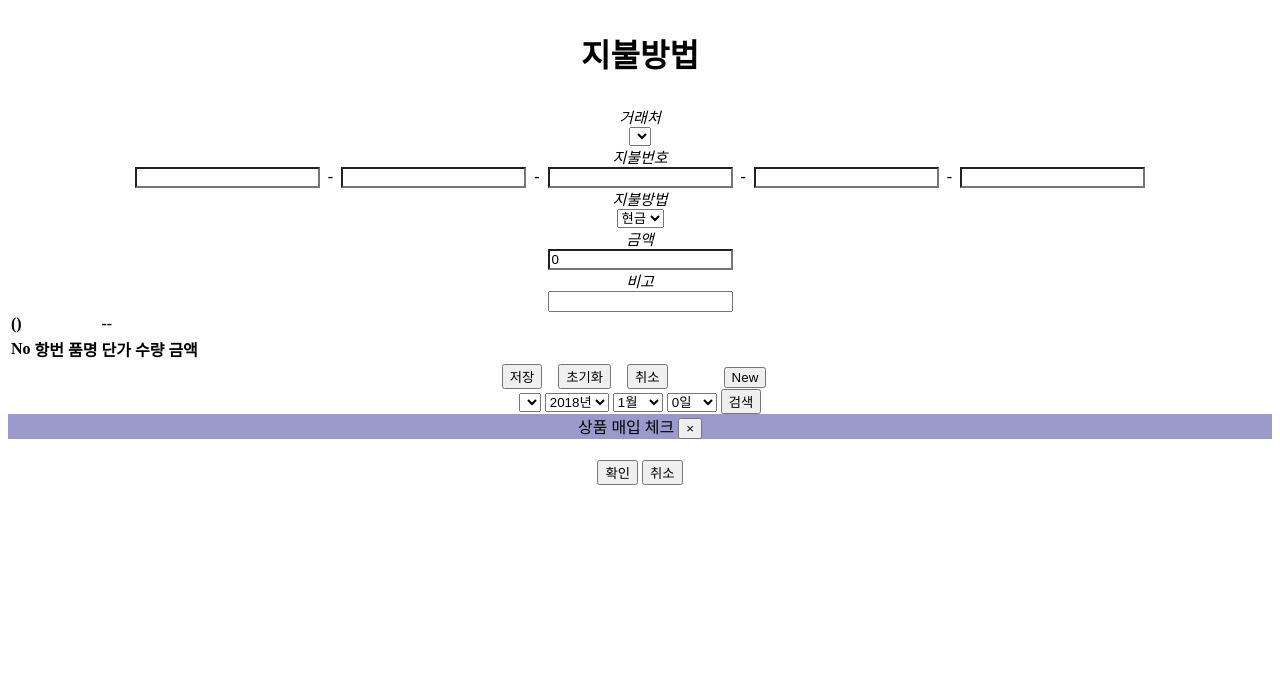
Repository: jaehyuny/springcontentall
Page: http://localhost/ncs4project/WEB-INF/views/distribution/pay_insert_form.jsp
An editor plug-in stored every save of this project. The page is shown before and after the next save, followed by the edit.
The browser window is 1280 px wide. The pictures show the whole page.
The page is served by Tomcat 9. Nobody is signed in. Other server files are loaded and not shown. The template is opened directly, without the code that normally fills it, so the values that code supplies are empty.

Above is the page before, as saved 2018-07-25 06:37:19.

### ncs4webproject/ncs4project/src/main/webapp/WEB-INF/views/distribution/pay_insert_form.jsp
<%@ page language="java" contentType="text/html; charset=UTF-8"
    pageEncoding="UTF-8"%>
    <%@ taglib uri="http://java.sun.com/jsp/jstl/core" prefix="c" %>
<!DOCTYPE html PUBLIC "-//W3C//DTD HTML 4.01 Transitional//EN" "http://www.w3.org/TR/html4/loose.dtd">
<html>
<head>
<meta http-equiv="Content-Type" content="text/html; charset=UTF-8">
<title>Insert title here</title>
</head>
<body>
	<form id="buy_form" name="buy_form" action="buyinsert" method="post">
		<input type="hidden" id="vendname" name="vendname">
		<input type="hidden" id="seq" name="seq" value="0">
		<input type="hidden" id="beforeqty" name="beforeqty" value="0">
		<input type="hidden" id="beforeprocode" name="beforeprocode" value="0">
		<input type="hidden" id="beforeprice" name="beforeprice" value="0">
		<div class="container" style="text-align: center">
			<div style="margin-top: 30px">
				<h1>지불방법</h1>
			</div>
			<div class="row" style="margin-top: 30px">
				<div class="input-group mb-3 col-md-6">
					<div class="input-group mb-3">
						<div class="input-group-prepend">
							<span class="input-group-text" style="width: 100px"><i
								class="fas fa-address-card" style="font-size: 15px"> 거래처</i></span>
						</div>
						<select id="selectvender" name="vendcode" class="form-control">
							<c:forEach var="vender" items="${venders}">
								<option value="${vender.code}"<c:if test="${vender.code == buy.vendcode}">selected</c:if>>${vender.name}</option>
							</c:forEach>
						</select>
					</div>
					<div class="input-group mb-3">
						<div class="input-group-prepend">
							<span class="input-group-text" style="width: 100px"><i
								class="fas fa-address-card" style="font-size: 15px"> 지불번호</i></span>
						</div>
						<input type="text" id="yyyy" name="yyyy" class="form-control" style="background-color: #fff" value="${buy.yyyy}" readonly>
						&nbsp-&nbsp
						<input type="text" id="mm" name="mm" class="form-control" style="background-color: #fff" value="${buy.mm}" readonly>
						&nbsp-&nbsp
						<input type="text" id="dd" name="dd" class="form-control" style="background-color: #fff" value="${buy.dd}" readonly>
						&nbsp-&nbsp
						<input type="text" id="no" name="no" class="form-control" style="background-color: #fff" value="${buy.no}" readonly>
						&nbsp-&nbsp
						<input type="text" id="hang" name="hang" class="form-control" style="background-color: #fff" value="${buy.hang}" readonly>
					</div>
					<div class="input-group mb-3">
						<div class="input-group-prepend">
							<span class="input-group-text" style="width: 100px"><i
								class="fas fa-address-card" style="font-size: 15px"> 지불방법</i></span>
						</div>
						<select id="payway" name="payway" class="form-control">
							<option value="현금">현금</option>
							<option value="어음">어음</option>
							<option value="카드">카드</option>
						</select>
					</div>
					<div class="input-group mb-3">
						<div class="input-group-prepend">
							<span class="input-group-text" style="width: 100px"><i
								class="fas fa-address-card" style="font-size: 15px"> 금액</i></span>
						</div>
						<input type="text" id="amount" name="amount" class="form-control" style="background-color: #fff" value="0"
							maxlength="9" readonly>
					</div>
					<div class="input-group mb-3">
						<div class="input-group-prepend">
							<span class="input-group-text" style="width: 100px"><i
								class="fas fa-address-card" style="font-size: 15px"> 비고</i></span>
						</div>
						<input type="text" id="memo" name="memo" class="form-control"
							maxlength="30">
					</div>
				</div>
				<div class="input-group mb-3 col-md-6" style="overflow:auto; ">
					<div class="input-group mb-3">
						<table class="table table-bordered">
							<thead class="thead-dark">
								<tr style="text-align: left">
									<c:choose>
										<c:when test="${y == null}">
											<th colspan="3">(${buy.vendname})</th>
											<th colspan="3">${buy.yyyy}-${buy.mm}-${buy.dd}</th>
										</c:when>
										<c:otherwise>
											<th colspan="3">${vn}</th>
											<th colspan="3">
											<c:choose>
												<c:when test="${d != 0}">${y}-${m}-${d}</c:when>
												<c:otherwise>${y}-${m}</c:otherwise>
											</c:choose>
											</th>
										</c:otherwise>
									</c:choose>
								</tr>
								<tr>
									<th>No</th>
									<th>항번</th>
									<th>품명</th>
									<th>단가</th>
									<th>수량</th>
									<th>금액</th>
								</tr>
							</thead>
							<c:forEach var="buy" items="${buys}" varStatus="status">
								<tbody>
									<tr>
									<c:choose>
										<c:when test="${buy.hang==0 && buy.no !=0}">
											<td> </td>
											<td> </td>
											<td>소계</td>
											<td> </td>
											<td>${buy.qty}</td>
											<td>${buy.total}</td>
										</c:when>
										<c:when test="${buy.hang==0 && buy.no ==0}">
											<td></td>
											<td></td>
											<td>총계</td>
											<td></td>
											<td>${buy.qty}</td>
											<td>${buy.total}</td>
										</c:when>
										<c:otherwise>
											<c:choose>
												<c:when test="${d != 0}">
													<td>${buy.no}</td>
												</c:when>
												<c:otherwise>
													<td>${buy.dd}-${buy.no}</td>
												</c:otherwise>
											</c:choose>
											<td>${buy.hang}</td>
											<td><a href="#" onclick="selectedSeq(${buy.seq})">${buy.proname}</a></td>
											<td>${buy.price}</td>
											<td>${buy.qty}</td>
											<td>${buy.total}</td>
										</c:otherwise>
									</c:choose>
									</tr>
								</tbody>
							</c:forEach>
						</table>
					</div>
				</div>
			</div>
			</form>
			<form id="buysearch_form" action="buysearch" method="get">
			<div class="row">
				<div class="input-group mb-3 col-md-6">
					<button type="button" id="buysave" class="btn btn-primary">저장</button>
					&nbsp&nbsp
					<button type="button" id="buyupdate" class="btn btn-success" style="display: none">update</button>
					<button type="reset" id="buyreset" class="btn btn-success">초기화</button>
					&nbsp&nbsp
					<a href="index"><button type="button" id="buycancel"
							class="btn btn-warning">취소</button></a>
					&nbsp&nbsp&nbsp&nbsp&nbsp&nbsp&nbsp&nbsp&nbsp&nbsp&nbsp&nbsp
					<a href="buyinsertform"><button type="button" id="buynew" class="btn btn-danger">New</button></a>
					&nbsp&nbsp
					<button type="button" id="buydelete" class="btn btn-default"  style="display: none">삭제</button>
				</div>
				<div class="input-group mb-3 col-md-6">
					<select id="searchvender" name="searchvender" class="form-control">
						<c:forEach var="vender" items="${venders}">
							<option value="${vender.code}"<c:if test="${vender.code == vn}">selected</c:if>>${vender.name}</option>
						</c:forEach>
					</select>
					<select id="searchyyyy" name="searchyyyy" class="form-control">
						<c:forEach begin="1" end="18" var="x" step="1">
							<c:choose>
								<c:when test="${x <= 9}">
									<option value="20${19-x}">20${19-x}년</option>
								</c:when>
								<c:otherwise>
									<option value="200${19-x}">200${19-x}년</option>
								</c:otherwise>
							</c:choose>
						</c:forEach>
					</select>
					<select id="searchmm" name="searchmm" class="form-control">
						<c:forEach var="i" begin="1" end="12" step="1">
							<option value="${i}"<c:if test="${i == m}">selected</c:if>>${i}월</option>
						</c:forEach>
					</select>
					<select id="searchdd" name="searchdd" class="form-control">
						<c:forEach var="i" begin="0" end="31" step="1">
							<option value="${i}"<c:if test="${i == d}">selected</c:if>>${i}일</option>
						</c:forEach>
					</select>
					<button type="button" id="buysearch" class="btn btn-primary">검색</button>
				</div>
			</div>
			<!-- Modal -->
			<div id="buymyModal" class="modal fade" role="dialog">
				<div class="modal-dialog">

					<!-- Modal content-->
					<div class="modal-content">
						<div class="modal-header" style="background-color: #9999cc">
							상품 매입 체크
							<button type="button" class="close" data-dismiss="modal">&times;</button>
							<h4 class="modal-title"></h4>
						</div>
						<div class="buy-modal-body">
							<p><span id="modalmsgvender"></span></p>
							<p><span id="modalmsgproduct"></span></p>
							<p><span id="modalmsg"></span></p>
						</div>
						<div class="modal-footer">
							<button type="button" class="btn btn-success buy_modal_btn1" data-dismiss="modal">확인</button>
							<button type="button" class="btn btn-success buy_modal_btn2" data-dismiss="modal">취소</button>
						</div>
					</div>
				</div>
			</div>
		</div>
	</form>
</body>
</html>

After the next save:
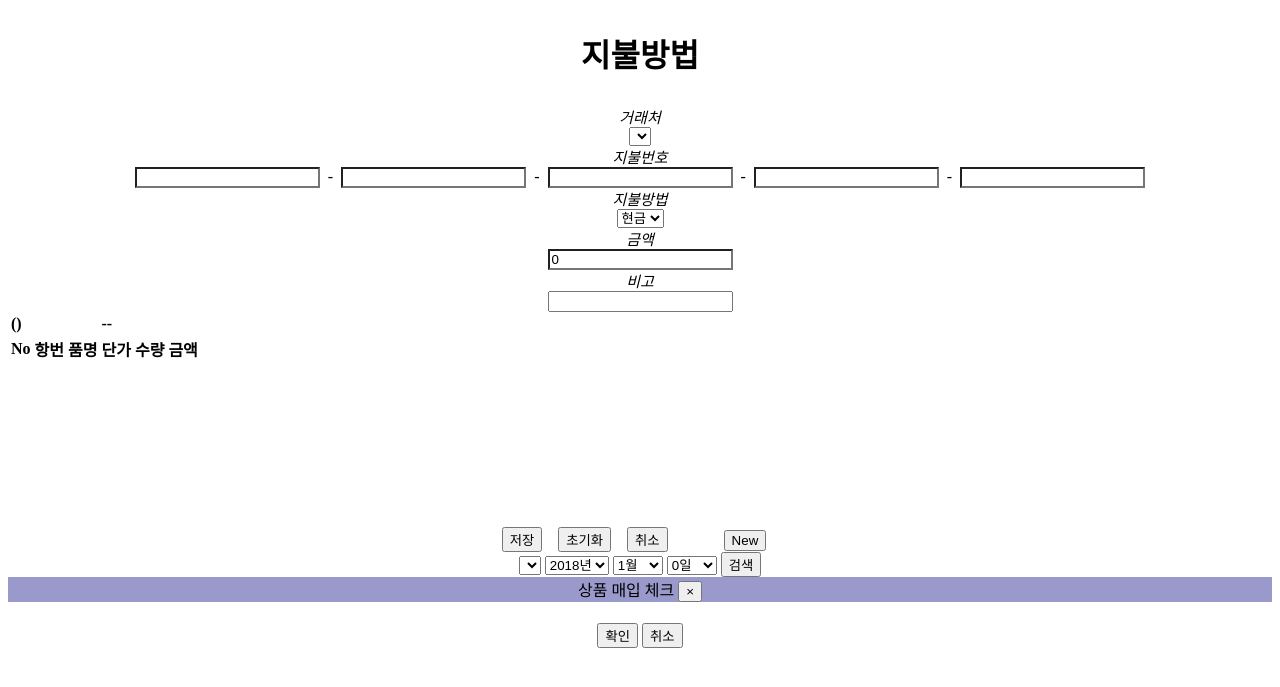
Saved 15 s later.
--- a/ncs4webproject/ncs4project/src/main/webapp/WEB-INF/views/distribution/pay_insert_form.jsp
+++ b/ncs4webproject/ncs4project/src/main/webapp/WEB-INF/views/distribution/pay_insert_form.jsp
@@ -74,7 +74,7 @@
 							maxlength="30">
 					</div>
 				</div>
-				<div class="input-group mb-3 col-md-6" style="overflow:auto; ">
+				<div class="input-group mb-3 col-md-6" style="overflow:auto; height:215px">
 					<div class="input-group mb-3">
 						<table class="table table-bordered">
 							<thead class="thead-dark">
